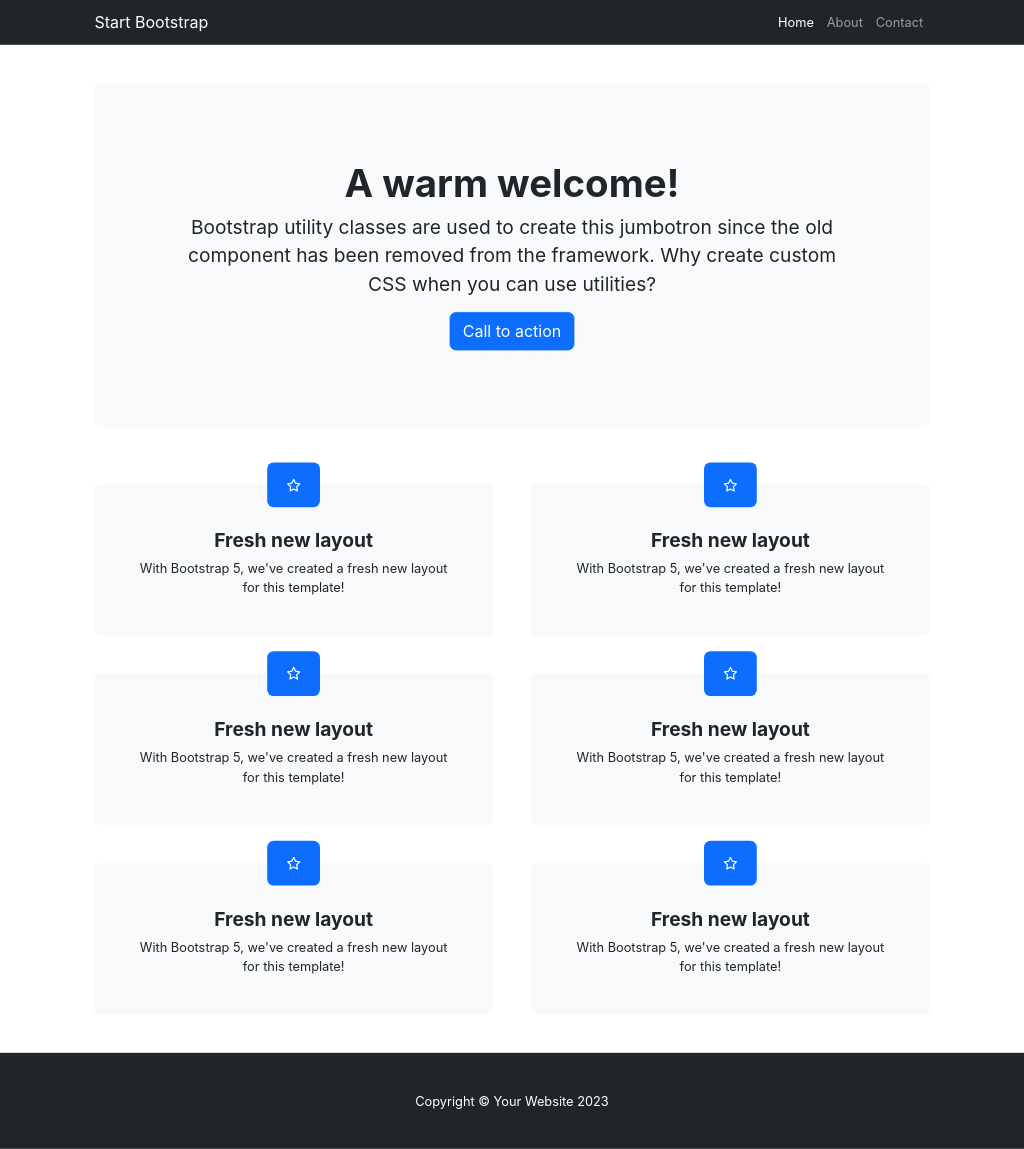
Repository: maitan0705/MaiThanhTan_BC43_BT1_react
Page: /
An editor plug-in stored every save of this project. The page is shown before and after a run of saves, followed by the edit.
The browser window is 1280 px wide. The pictures show the whole page, at 80% of full size.
The project was rebuilt for these pictures with package versions that can differ from the ones it lists, and the page was loaded fresh each time.

Above is the page before, as saved 2023-04-09 21:54:33.

### public/index.html
<!DOCTYPE html>
<html lang="en">

<head>
  <meta charset="utf-8" />
  <link rel="icon" href="%PUBLIC_URL%/favicon.ico" />
  <meta name="viewport" content="width=device-width, initial-scale=1" />
  <meta name="theme-color" content="#000000" />
  <meta name="description" content="Web site created using create-react-app" />
  <title>React App</title>
  <link href="https://cdn.jsdelivr.net/npm/bootstrap@5.3.0-alpha3/dist/css/bootstrap.min.css" rel="stylesheet"
    integrity="sha384-KK94CHFLLe+nY2dmCWGMq91rCGa5gtU4mk92HdvYe+M/SXH301p5ILy+dN9+nJOZ" crossorigin="anonymous">

  <script src="https://cdn.jsdelivr.net/npm/bootstrap@5.3.0-alpha3/dist/js/bootstrap.bundle.min.js"
    integrity="sha384-ENjdO4Dr2bkBIFxQpeoTz1HIcje39Wm4jDKdf19U8gI4ddQ3GYNS7NTKfAdVQSZe"
    crossorigin="anonymous"></script>

  <link rel="stylesheet" href="https://cdnjs.cloudflare.com/ajax/libs/font-awesome/6.4.0/css/all.min.css"
    integrity="sha512-iecdLmaskl7CVkqkXNQ/ZH/XLlvWZOJyj7Yy7tcenmpD1ypASozpmT/E0iPtmFIB46ZmdtAc9eNBvH0H/ZpiBw=="
    crossorigin="anonymous" referrerpolicy="no-referrer" />
</head>

<body>
  <noscript>You need to enable JavaScript to run this app.</noscript>
  <div id="root"></div>
</body>

</html>

### src/App.js
import React, { Component } from 'react';
import Header from './components/Header';
import Body from './components/Body';
import Footer from './components/Footer';
import Banner from './components/Banner';

export default class App extends Component {
    render() {
        return (
            <div>
                <Banner/>
                <Header />
                <Body />
                <Footer />
            </div>
        );
    }
}

### src/components/Header.js
import React, { Component } from "react";

export default class Header extends Component {
    render() {
        return (
        <header class="py-5">
            <div class="container px-lg-5">
                <div class="p-4 p-lg-5 bg-light rounded-3 text-center">
                    <div class="m-4 m-lg-5">
                    <h1 class="display-5 fw-bold">A warm welcome!</h1>
                    <p class="fs-4">
                        Bootstrap utility classes are used to create this jumbotron
                        since the old component has been removed from the framework. Why
                        create custom CSS when you can use utilities?
                    </p>
                    <a class="btn btn-primary btn-lg" href="#!">
                        Call to action
                    </a>
                    </div>
                </div>
            </div>
        </header>
        );
    }
}

### src/components/Body.js
import React, { Component } from 'react';
import Banner from './Banner';
import Item from './Item';

export default class Body extends Component {
    render() {
        return (
            <div>
                <section class="pt-4">
                    <div class="container px-lg-5">
                        <div class="row gx-lg-5">
                            <Item />
                            <Item />
                            <Item />
                            <Item />
                            <Item />
                            <Item />
                        </div>
                    </div>
                </section>

            </div>
        );
    }
}

### src/components/Footer.js
import React, { Component } from 'react';

export default class Footer extends Component {
    render() {
        return (
            <footer className="py-5 bg-dark">
                <div className="container"><p className="m-0 text-center text-white">Copyright © Your Website 2023</p></div>
            </footer>

        );
    }
}

### src/components/Banner.js
import React, { Component } from 'react';

export default class Banner extends Component {
    render() {
        return (
            <nav class="navbar navbar-expand-lg navbar-dark bg-dark">
            <div class="container px-lg-5">
                <a class="navbar-brand" href="#!">Start Bootstrap</a>
                <button class="navbar-toggler" type="button" data-bs-toggle="collapse" data-bs-target="#navbarSupportedContent" aria-controls="navbarSupportedContent" aria-expanded="false" aria-label="Toggle navigation"><span class="navbar-toggler-icon"></span></button>
                <div class="collapse navbar-collapse" id="navbarSupportedContent">
                    <ul class="navbar-nav ms-auto mb-2 mb-lg-0">
                        <li class="nav-item"><a class="nav-link active" aria-current="page" href="#!">Home</a></li>
                        <li class="nav-item"><a class="nav-link" href="#!">About</a></li>
                        <li class="nav-item"><a class="nav-link" href="#!">Contact</a></li>
                    </ul>
                </div>
            </div>
        </nav>

        );
    }
}

### src/components/Item.js
import React, { Component } from 'react';

export default class Item extends Component {
    render() {
        return (
            <div className="col-lg-6 col-xxl-4 mb-5">
                <div className="card bg-light border-0 h-100">
                    <div className="card-body text-center p-4 p-lg-5 pt-0 pt-lg-0">
                        <div className="d-inline-block bg-primary text-white rounded-3 px-4 py-3 " style={{ transform: 'translateY(-50%)' }}><i className="fa-regular fa-star"></i></div>
                        <h2 className="fs-4 fw-bold">Fresh new layout</h2>
                        <p className="mb-0">With Bootstrap 5, we've created a fresh new layout for this template!</p>
                    </div>
                </div>
            </div>
        );
    }
}

Loaded but not shown: src/index.js (common file); src/index.css (common file)

After the next 2 saves:
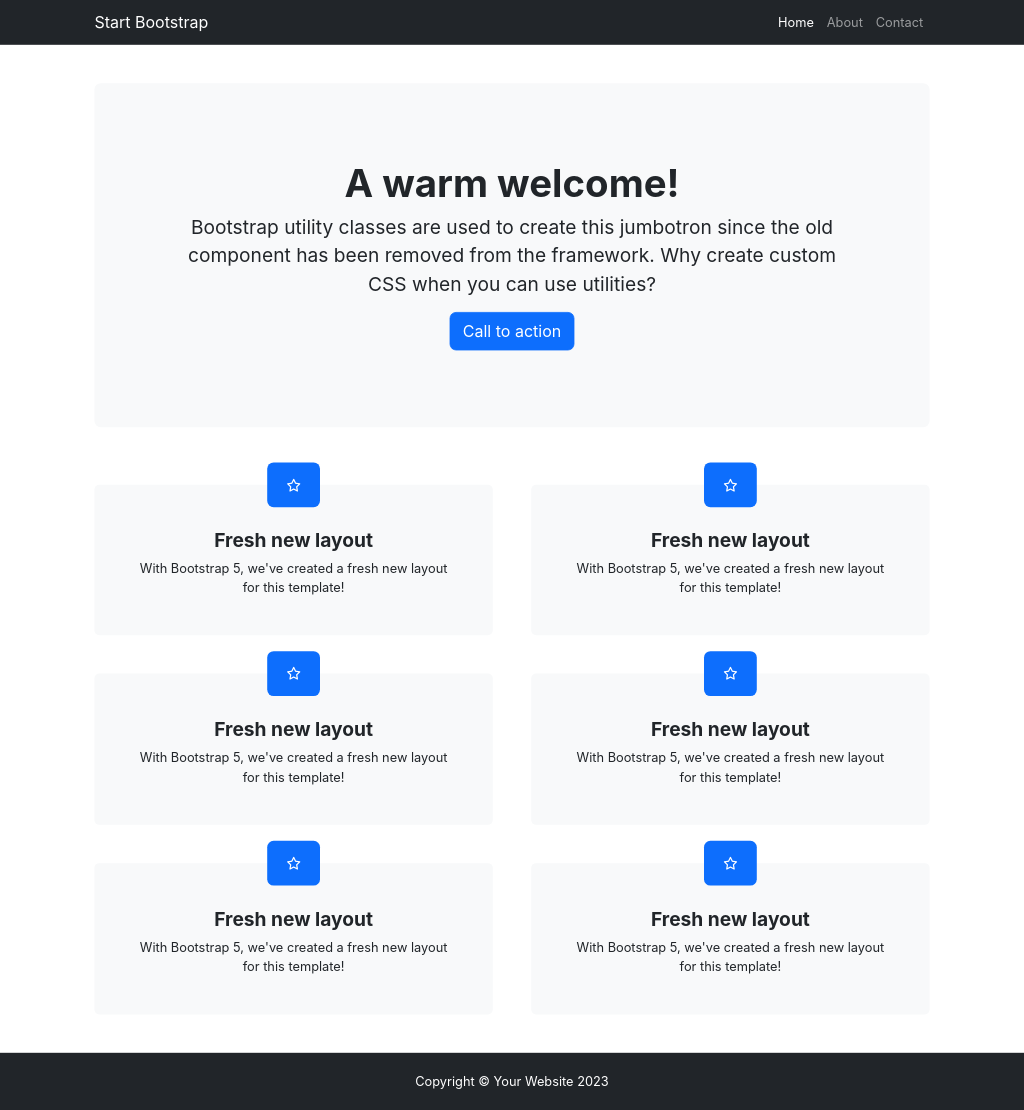
The 2 saves are shown as one change because they came seconds apart.
The last was saved 2 min 41 s later.
--- a/src/components/Footer.js
+++ b/src/components/Footer.js
@@ -3,7 +3,7 @@ import React, { Component } from 'react';
 export default class Footer extends Component {
     render() {
         return (
-            <footer className="py-5 bg-dark">
+            <footer className="py-4 bg-dark">
                 <div className="container"><p className="m-0 text-center text-white">Copyright © Your Website 2023</p></div>
             </footer>
 
